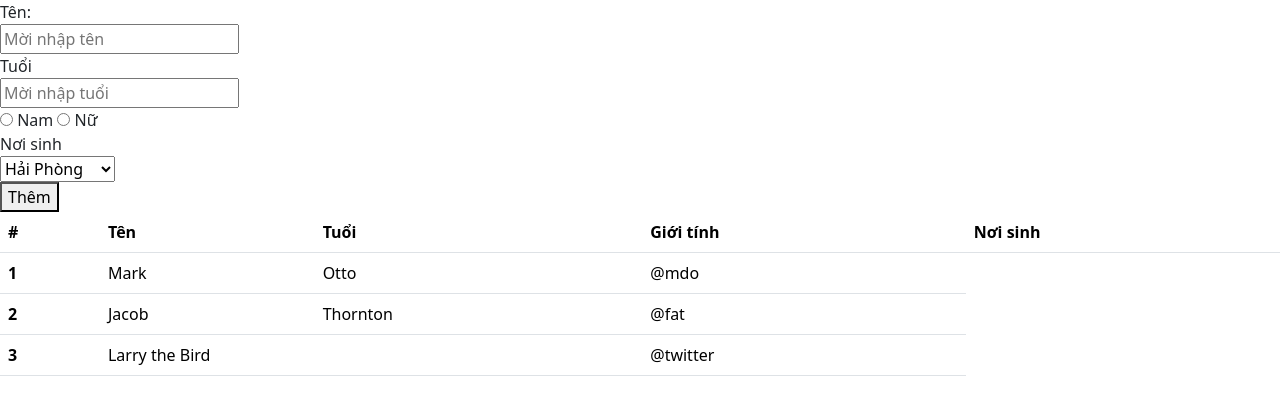
Repository: HieuNT-2001/JAVA-3---SOF203
Page: http://localhost/HocJava4/FormServlet
The author's editor kept a copy of each file at every save. The page is drawn from the files as they stood at one save, then again after the next save.
The browser window is 1280 px wide. The pictures show the whole page.
The page is served by Tomcat 10. Other server files are loaded and not shown.

Above is the page before, as saved 2024-09-30 11:36:28.

### HocJava4/src/main/webapp/views/Form.jsp
<%@ page language="java" contentType="text/html; charset=UTF-8"
	pageEncoding="UTF-8"%>
<!DOCTYPE html>
<html>
<head>
<meta charset="UTF-8">
<meta name="viewport" content="width=device-width, initial-scale=1">
<title>Insert title here</title>
<link
	href="https://cdn.jsdelivr.net/npm/bootstrap@5.3.3/dist/css/bootstrap.min.css"
	rel="stylesheet"
	integrity="sha384-QWTKZyjpPEjISv5WaRU9OFeRpok6YctnYmDr5pNlyT2bRjXh0JMhjY6hW+ALEwIH"
	crossorigin="anonymous">
</head>
<body>
	<form action="">
		<div>
			<label>Tên:</label>
		</div>

		<div>
			<input placeholder="Mời nhập tên" type="text" name="ten">
		</div>

		<div>
			<label>Tuổi</label>
		</div>

		<div>
			<input placeholder="Mời nhập tuổi" type="number" name="tuoi">
		</div>

		<div>
			<input type="radio" name="gioitinh" value="1"> Nam <input
				type="radio" name="gioitinh" value="2"> Nữ
		</div>

		<div>
			<label>Nơi sinh</label>
		</div>

		<div>
			<select>
				<option value="1">Hải Phòng</option>
				<option value="2">Hà Nội</option>
				<option value="3">Hồ Chí Minh</option>
				<option value="4">Cần Thơ</option>
				<option value="5">Đà Nẵng</option>
			</select>
		</div>

		<button type="submit">Thêm</button>
	</form>

	<table class="table">
		<thead>
			<tr>
				<th scope="col">#</th>
				<th scope="col">Tên</th>
				<th scope="col">Tuổi</th>
				<th scope="col">Giới tính</th>
				<th scope="col">Nơi sinh</th>
			</tr>
		</thead>
		<tbody>
			<tr>
				<th scope="row">1</th>
				<td>Mark</td>
				<td>Otto</td>
				<td>@mdo</td>
			</tr>
			<tr>
				<th scope="row">2</th>
				<td>Jacob</td>
				<td>Thornton</td>
				<td>@fat</td>
			</tr>
			<tr>
				<th scope="row">3</th>
				<td colspan="2">Larry the Bird</td>
				<td>@twitter</td>
			</tr>
		</tbody>
	</table>

	<script
		src="https://cdn.jsdelivr.net/npm/bootstrap@5.3.3/dist/js/bootstrap.bundle.min.js"
		integrity="sha384-YvpcrYf0tY3lHB60NNkmXc5s9fDVZLESaAA55NDzOxhy9GkcIdslK1eN7N6jIeHz"
		crossorigin="anonymous"></script>
</body>
</html>

### HocJava4/src/main/java/controllers/FormServlet.java
package controllers;

import jakarta.servlet.ServletException;
import jakarta.servlet.annotation.WebServlet;
import jakarta.servlet.http.HttpServlet;
import jakarta.servlet.http.HttpServletRequest;
import jakarta.servlet.http.HttpServletResponse;
import java.io.IOException;

/**
 * Servlet implementation class FormServlet
 */
@WebServlet("/FormServlet")
public class FormServlet extends HttpServlet {
	private static final long serialVersionUID = 1L;

    /**
     * @see HttpServlet#HttpServlet()
     */
    public FormServlet() {
        super();
        // TODO Auto-generated constructor stub
    }

	/**
	 * @see HttpServlet#doGet(HttpServletRequest request, HttpServletResponse response)
	 */
	protected void doGet(HttpServletRequest request, HttpServletResponse response) throws ServletException, IOException {
		// TODO Auto-generated method stub
		request.getRequestDispatcher("views/Form.jsp").forward(request, response);
	}

	/**
	 * @see HttpServlet#doPost(HttpServletRequest request, HttpServletResponse response)
	 */
	protected void doPost(HttpServletRequest request, HttpServletResponse response) throws ServletException, IOException {
		// TODO Auto-generated method stub
		String ten = request.getParameter("ten");
		String tuoi = request.getParameter("tuoi");
		String gioiTinh = Integer.parseInt(request.getParameter("gioiTinh")) == 1 ? "Nam" : "Nữ";
		int noiSinhPar = Integer.parseInt(request.getParameter("noiSinh"));
		String noiSinh;

		switch (noiSinhPar) {
		case 1:
			noiSinh = "Hải Phòng";
			break;
		case 2:
			noiSinh = "Hà Nội";
			break;
		case 3:
			noiSinh = "Hồ Chí Minh";
			break;
		case 4:
			noiSinh = "Cần Thơ";
			break;
		case 5:
			noiSinh = "Đà Nẵng";
			break;
		default:
			break;
		}

		request.setAttribute("ten", ten);

		request.getRequestDispatcher("views/TableSV.jsp").forward(request, response);
	}

}

After the next save:
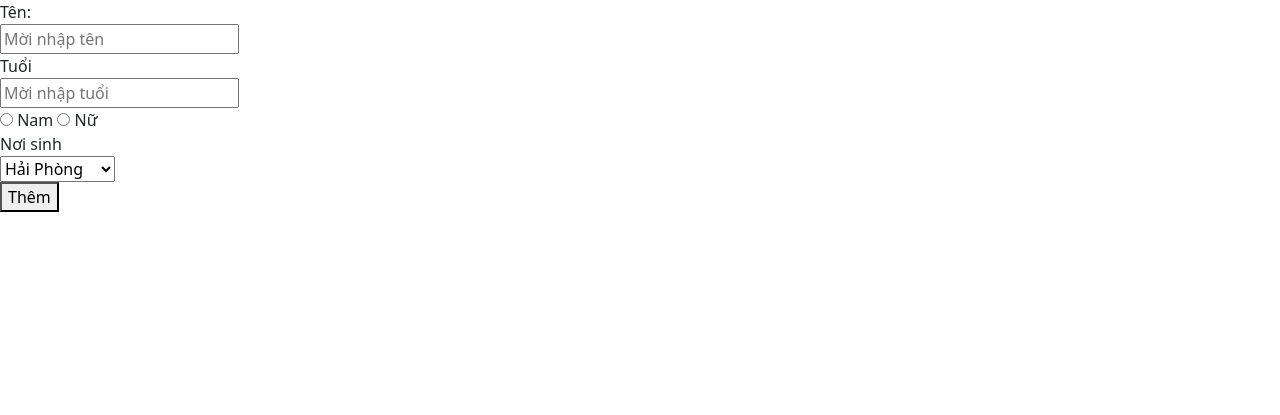
Saved 15 s later.
--- a/HocJava4/src/main/webapp/views/Form.jsp
+++ b/HocJava4/src/main/webapp/views/Form.jsp
@@ -51,38 +51,6 @@
 
 		<button type="submit">Thêm</button>
 	</form>
-
-	<table class="table">
-		<thead>
-			<tr>
-				<th scope="col">#</th>
-				<th scope="col">Tên</th>
-				<th scope="col">Tuổi</th>
-				<th scope="col">Giới tính</th>
-				<th scope="col">Nơi sinh</th>
-			</tr>
-		</thead>
-		<tbody>
-			<tr>
-				<th scope="row">1</th>
-				<td>Mark</td>
-				<td>Otto</td>
-				<td>@mdo</td>
-			</tr>
-			<tr>
-				<th scope="row">2</th>
-				<td>Jacob</td>
-				<td>Thornton</td>
-				<td>@fat</td>
-			</tr>
-			<tr>
-				<th scope="row">3</th>
-				<td colspan="2">Larry the Bird</td>
-				<td>@twitter</td>
-			</tr>
-		</tbody>
-	</table>
-
 	<script
 		src="https://cdn.jsdelivr.net/npm/bootstrap@5.3.3/dist/js/bootstrap.bundle.min.js"
 		integrity="sha384-YvpcrYf0tY3lHB60NNkmXc5s9fDVZLESaAA55NDzOxhy9GkcIdslK1eN7N6jIeHz"
